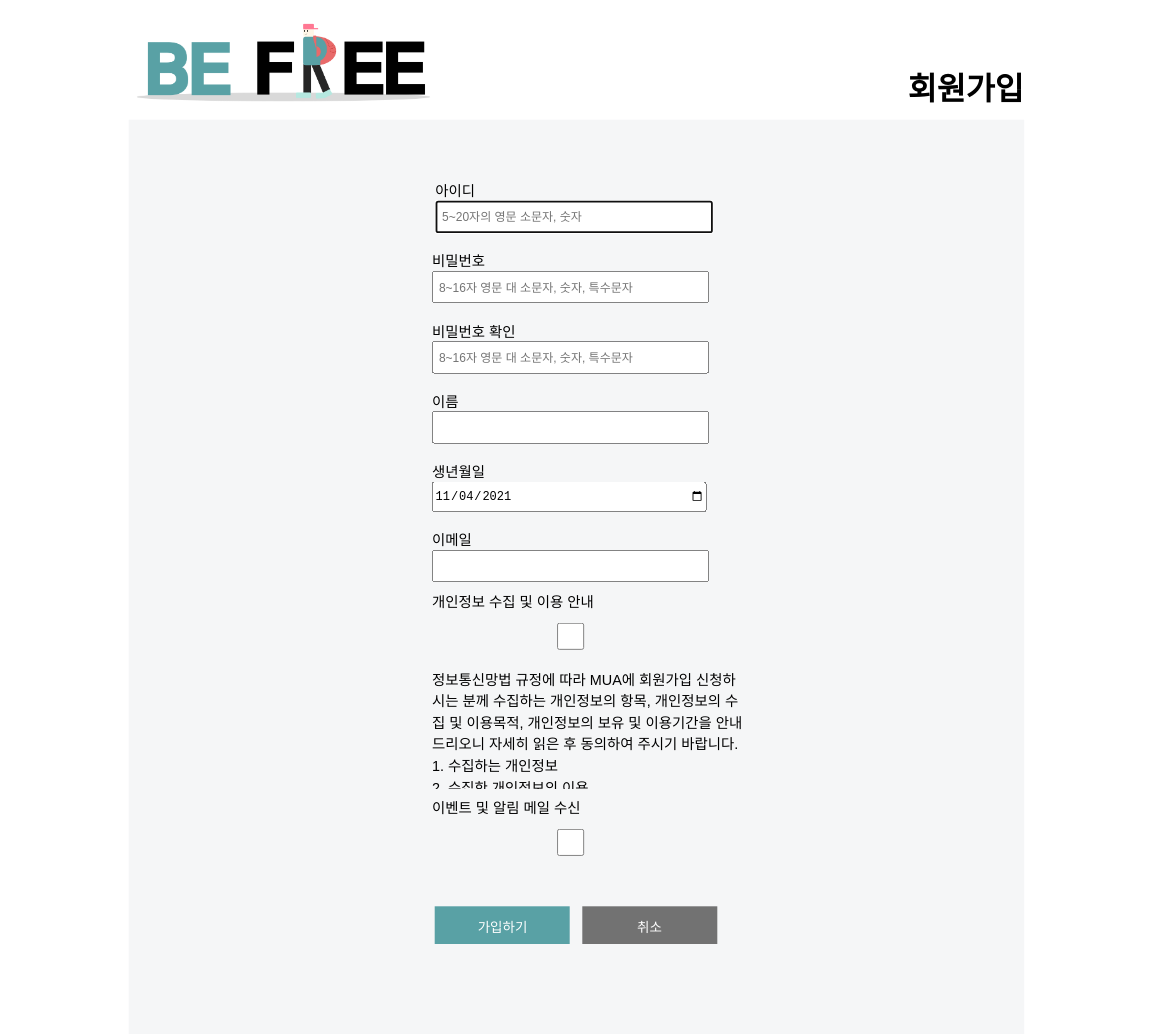
Repository: 1912087/Klavier_Piano
Page: http://localhost/notice/join.jsp
The author's editor kept a copy of each file at every save. The page is drawn from the files as they stood at one save, then again after the next save.
The browser window is 1280 px wide. The pictures show the whole page, at 90% of full size.
Some web fonts or font styles are not loaded; a fallback is used. The page is served by Tomcat 9. Other server files are loaded and not shown.

Above is the page before, as saved 2021-11-08 18:23:32.

### Notice/notice/WebContent/join.jsp
<%@ page language="java" contentType="text/html; charset=EUC-KR"
    pageEncoding="EUC-KR"%>

<!DOCTYPE html>
<html>
    <head>
        <meta charset="UTF-8">
        <title>BE FREE</title>
        <script src ="https://cdnjs.cloudflare.com/ajax/libs/jquery/3.3.1/jquery.js"></script>
        <link href="https://fonts.googleapis.com/css?family=Bungee+Inline&display=swap" rel="stylesheet">
        <link href="https://fonts.googleapis.com/css2?family=Varela+Round&display=swap" rel="stylesheet">

        <link rel="preconnect" href="https://fonts.googleapis.com">
        <link rel="preconnect" href="https://fonts.gstatic.com" crossorigin>
        <link href="https://fonts.googleapis.com/css2?family=Gowun+Dodum&display=swap" rel="stylesheet">

        <style>
            body{font-family: 'Gowun Dodum', sans-serif;}
            ul {list-style-type: none;}
            a {text-decoration: none; color:black;}
            input {height:30px; width: 300px;}
            .all {
                padding-top:15px;
                margin:0 auto;
                width:995px;
            }
            .logo{
                display: flex;
                width: 341px;
                float: left;
            }
            .aa {
                /*height:1200px;*/
                background-color: #f5f6f7;
                padding-top: 50px;
                position: relative;
                top: 110px;
                padding-bottom: 100px;
            }

            h2 {
                font-size: 35px;
                margin: 0px;
                float: right;
                text-align: right;
                z-index: -1000;
                width: 200px;
                margin-top: 47px;
            }

            .aa li, .a2 div { margin-left:50px;}

            .a2 {
                width:500px;
                margin:0 auto;

            }
            .btn {text-align: center;}
            .ch {position: relative; top:-10px;}
            .btn1{
                background-color: rgb(89, 161, 165);
                width: 150px;
                height: 42px;
                border: none;
            }
            .btn1 a{color: white; font-family: 'Gowun Dodum', sans-serif; font-size: 15px;}
            .btn2{
                background-color: rgb(114, 114, 114);
                width: 150px;
                height: 42px;
                border: none;
            }
            .btn2 a{color: white; font-family: 'Gowun Dodum', sans-serif; font-size: 15px;}
        </style>
    </head>
    <body>
        <div class="all">
            <header>
                <div class="name">
                    <a href="main.html"><img class="logo" src="images/BE_FREE.png"></a>
                    <h2>회원가입</h2>
                </div>
            </header>

			<form method="post" action="joinAction.jsp">
	            <div class="aa">
	                <div class="a2">
	                    <ul>
	                        <li><label>아이디</label><br><input type="id"size="43" placeholder=" 5~20자의 영문 소문자, 숫자" autofocus required></li><br>
	                        <li><label>비밀번호</label><br><input type="password" size="43" placeholder=" 8~16자 영문 대 소문자, 숫자, 특수문자"required></li><br>
	                        <li><label>비밀번호 확인</label><br><input type="password" size="43" placeholder=" 8~16자 영문 대 소문자, 숫자, 특수문자"required></li><br>
	                        <li><label>이름</label><br><input type="naeme" size="43"required></li><br>

	                        <li><label>생년월일</label><br><input type="date" placeholder="2000-01-01" id="birth"></li><br>
	                        <script type="text/javascript">
								window.onload = function() {
									today = new Date();
									console.log("today.toISOString() >>>" + today.toISOString());
									today = today.toISOString().slice(0, 10);
									console.log("today >>>> " + today);
									bir = document.getElementById("birth");
									bir.value = today;
								}
							</script>


	                        <li><label>이메일</label><br><input type="email" size="43" class="userEmail"></li><br>
	                        <li><label class="ch">개인정보 수집 및 이용 안내</label><input type="checkbox" ></li>
	                        <div style="overflow:scroll; width:350px; height:150px;">
	                            <p>정보통신망법 규정에 따라 MUA에 회원가입 신청하시는 분께 수집하는 개인정보의 항목, 개인정보의 수집 및 이용목적, 개인정보의 보유 및 이용기간을 안내 드리오니 자세히 읽은 후 동의하여 주시기 바랍니다.<br>
	                                1. 수집하는 개인정보<br>
	                                2. 수집한 개인정보의 이용<br>
	                                3. 개인정보의 파기<br></p>
	                        </div><br>
	                        <li><label class="ch">이벤트 및 알림 메일 수신</label><input type="checkbox"></li><br>
	                    </ul>
	                </div>
	                <br>
	                <div class="btn">
	                    <button class="btn1"><a href="#">가입하기</a></button> &nbsp;
	                    <button class="btn2"><a href="main.html">취소</a></button>
	                </div>
	            </div>
	       </form>
        </div>
    </body>
</html>

After the next save:
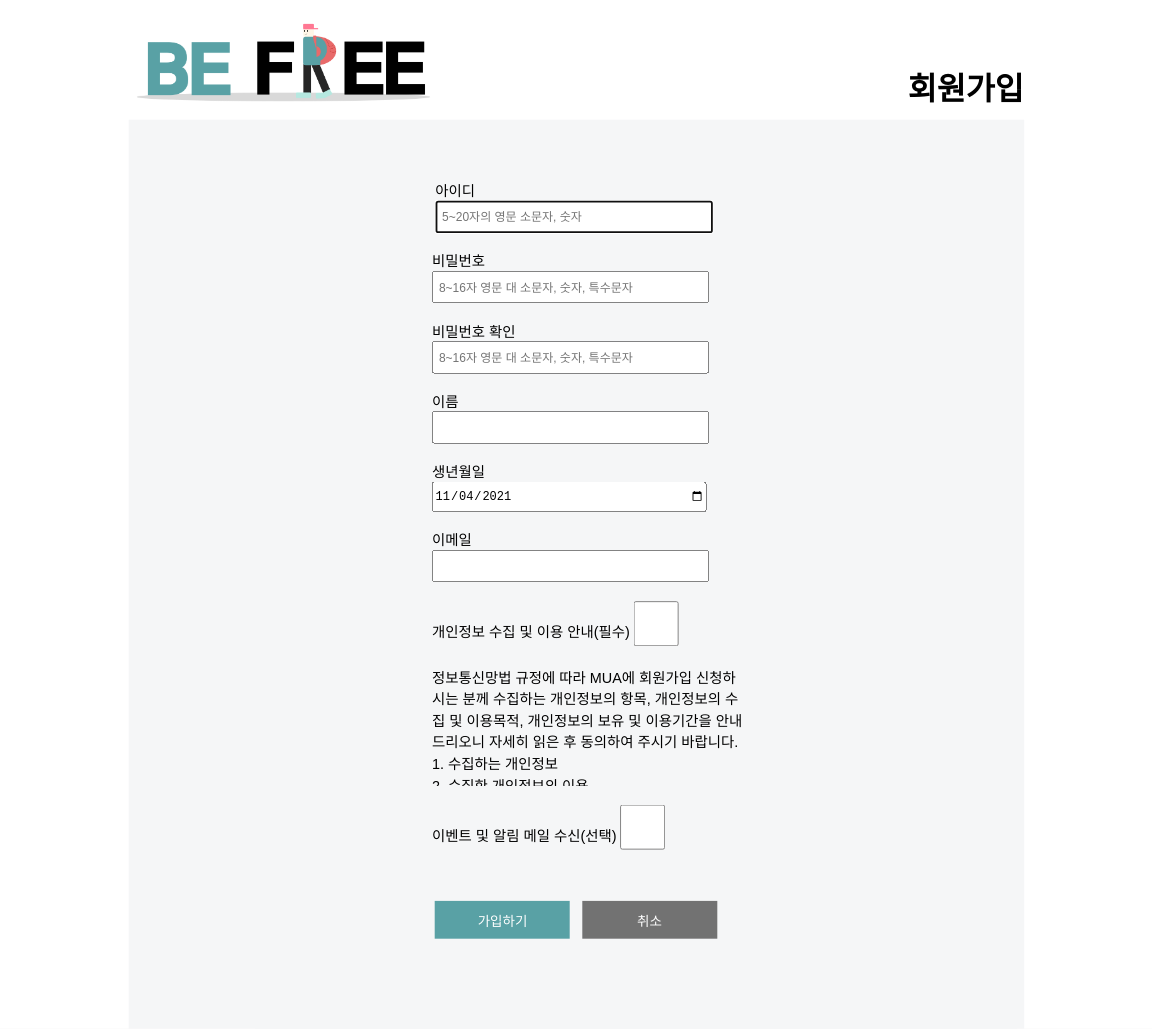
Saved 3 min 4 s later.
--- a/Notice/notice/WebContent/join.jsp
+++ b/Notice/notice/WebContent/join.jsp
@@ -71,6 +71,7 @@
                 border: none;
             }
             .btn2 a{color: white; font-family: 'Gowun Dodum', sans-serif; font-size: 15px;}
+            .checking{height: 50px; width:50px;}
         </style>
     </head>
     <body>
@@ -105,14 +106,14 @@
 
 
 	                        <li><label>이메일</label><br><input type="email" size="43" class="userEmail"></li><br>
-	                        <li><label class="ch">개인정보 수집 및 이용 안내</label><input type="checkbox" ></li>
+	                        <li><label class="ch">개인정보 수집 및 이용 안내(필수)</label><input type="checkbox" class="checking"></li>
 	                        <div style="overflow:scroll; width:350px; height:150px;">
 	                            <p>정보통신망법 규정에 따라 MUA에 회원가입 신청하시는 분께 수집하는 개인정보의 항목, 개인정보의 수집 및 이용목적, 개인정보의 보유 및 이용기간을 안내 드리오니 자세히 읽은 후 동의하여 주시기 바랍니다.<br>
 	                                1. 수집하는 개인정보<br>
 	                                2. 수집한 개인정보의 이용<br>
 	                                3. 개인정보의 파기<br></p>
 	                        </div><br>
-	                        <li><label class="ch">이벤트 및 알림 메일 수신</label><input type="checkbox"></li><br>
+	                        <li><label class="ch">이벤트 및 알림 메일 수신(선택)</label><input type="checkbox" class="checking"></li><br>
 	                    </ul>
 	                </div>
 	                <br>
